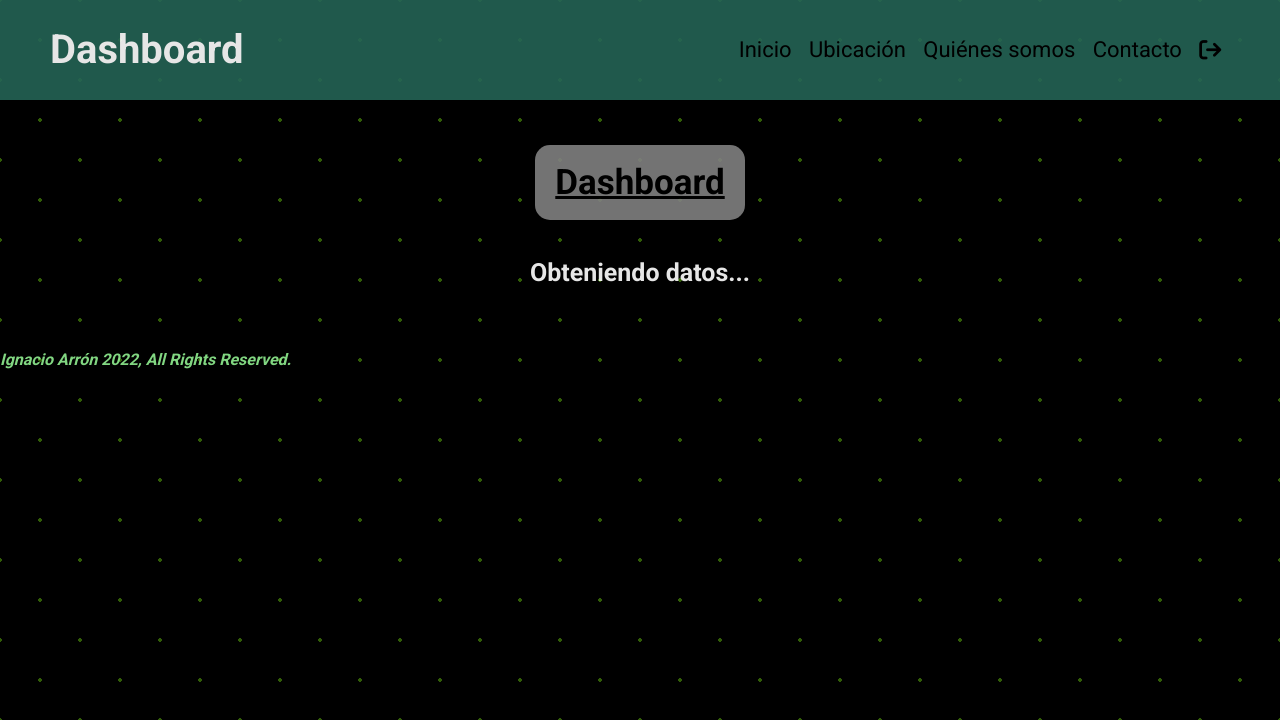
Repository: Divineridh/lppa-parcial2
Page: dashboard.html
These files come from the project's save history. The page is drawn as it stood at one moment and after the next save; the edit follows.
The browser window is 1280 px wide. The pictures show the whole page.
The page's requests for data from a server got no answer. Some web libraries are served in a nearby version.

Above is the page before, as saved 2022-07-04 20:59:55.

After the next save:
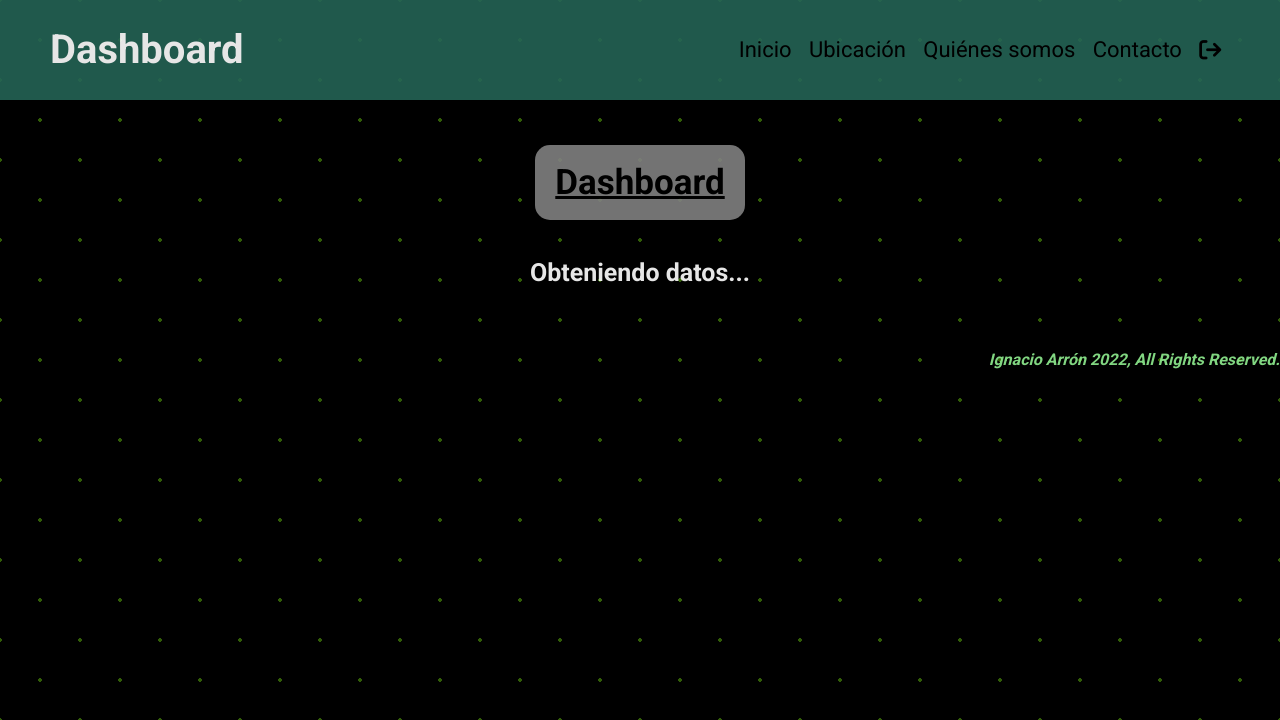
Saved 5 s later.
--- a/styles/style.css
+++ b/styles/style.css
@@ -66,7 +66,7 @@ footer{
     width: 100%;
     height: 50px;
     display: flex;
-    justify-content: left;
+    justify-content: right;
     align-items: center;
     margin-top: 30px;
     margin-bottom: 15px;
